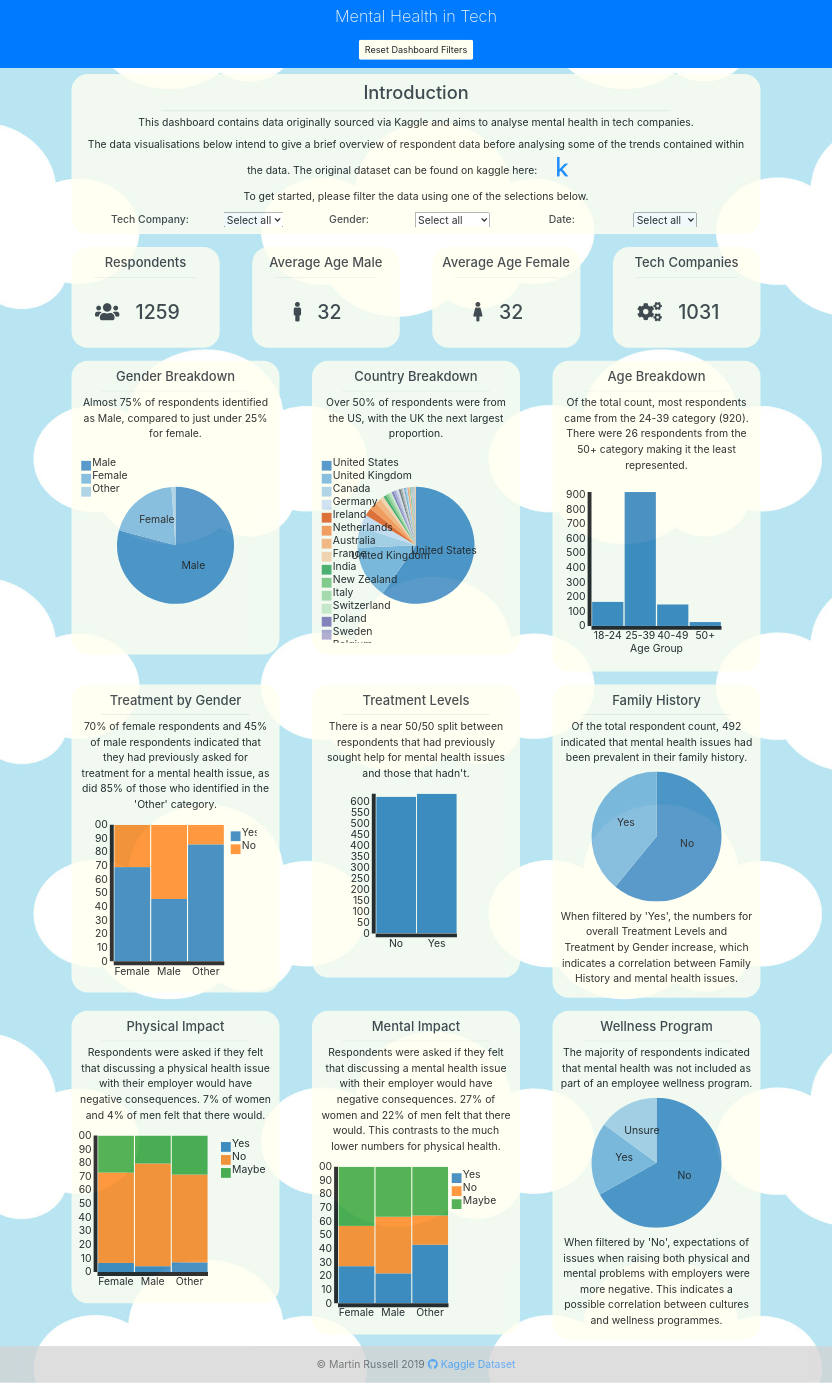
Repository: martingr1/mhdashboard
Page: index.html
The author's editor kept a record of every edit. The page is drawn from the files as they stood at one moment, then again after the next edit.
The browser window is 1280 px wide. The pictures show the whole page, at 65% of full size.
Some web libraries are served in a nearby version.

Above is the page before.
Not found: mhdashboard/static/css/dc.min.css
Not found: mhdashboard/static/js/scripts.js

### index.html
<html>

<head>

    <meta charset="UTF-8">
    <meta name="viewport" content="width=device-width, initial-scale=1.0">
    <meta http-equiv="X-UA-Compatible" content="ie=edge">
    <title>Mental Health in Tech</title>

    <link rel="stylesheet" href="https://stackpath.bootstrapcdn.com/bootstrap/4.3.1/css/bootstrap.min.css" integrity="sha384-ggOyR0iXCbMQv3Xipma34MD+dH/1fQ784/j6cY/iJTQUOhcWr7x9JvoRxT2MZw1T" crossorigin="anonymous">
    <link rel="stylesheet" href="mhdashboard/static/css/dc.min.css" type="text/css" />
    <link href="https://cdnjs.cloudflare.com/ajax/libs/font-awesome/5.9.0/css/all.css" rel="stylesheet">
    <link rel="stylesheet" href="/mhdashboard/static/css/style.css" type="text/css" />


    <script type="text/javascript" src="/mhdashboard/static/js/d3.min.js"></script>
    <script type="text/javascript" src="/mhdashboard/static/js/crossfilter.min.js"></script>
    <script type="text/javascript" src="/mhdashboard/static/js/dc.min.js"></script>
    <script type="text/javascript" src="/mhdashboard/static/js/queue.min.js"></script>
    <script type="text/javascript" src="/mhdashboard/static/js/graph.js"></script>

</head>

<body>
    <nav class="navbar-nav sticky-top navbar-dark bg-primary">
        <div class="container">
            <div class="col-xs-6 text-center">
                <h6 class="title">Mental Health in Tech</h6>
            </div>
            <div class="col-xs-6 text-center">
                <button id="reset_button" class="btn btn-sm btn-default">Reset Dashboard Filters</button>
            </div>
        </div>
        </div>
    </nav>

    <div class="container">
        <section class="container">
            <div class="col-xs-12">
                <div class="content-box">
                    <h3 class="header">Introduction</h3>

                    <hr class="line">
                    <p class="chart-text">This dashboard contains data originally sourced via Kaggle and aims to analyse mental health in tech companies.<br></p>
                    <p class="chart-text">The data visualisations below intend to give a brief overview of respondent data before analysing some of the trends contained within the data. The original dataset can be found on kaggle here: <a class="top-link" href="https://www.kaggle.com/osmi/mental-health-in-tech-survey"><i class="fab fa-kaggle"></i></a><br></p>
                    <p class="chart-text">To get started, please filter the data using one of the selections below.</p>
                    <div class="container">
                        <div class="row">
                            <div class="row col-xs-12 col-lg-4">
                                <h6 class="header">Tech Company:</h6>
                                <span class="filter" id="select_company"></span>
                            </div>
                            <div class="row col-xs-12 col-lg-4">
                                <h6 class="header">Gender:</h6>
                                <span class="filter" id="select_gender"></span>
                            </div>
                            <div class="row col-xs-12 col-lg-4">
                                <h6 class="header">Date:</h6>
                                <span class="filter" id="select_date"></span>
                            </div>
                        </div>
                    </div>
                </div>
            </div>
        </section>

        <section class="container">
            <div class="row">
                <div class="col-xs-12 col-md-6 col-lg-3">
                    <div class="content-box">
                        <h5 class="header">Respondents</h5>
                        <hr class="line">
                        <div class="row number-display">
                            <div id="respondents_display"><i class="fas fa-users"></i></div>
                        </div>
                    </div>
                </div>
                <div class="col-xs-12 col-md-6 col-lg-3">
                    <div class="content-box">
                        <h5 class="header">Average Age Male</h5>
                        <hr class="line">
                        <div class="row number-display">
                            <div id="average_age_male"><i class="fas fa-male"></i></div>
                        </div>
                    </div>
                </div>
                <div class="col-xs-12 col-md-6 col-lg-3">
                    <div class="content-box">
                        <h5 class="header">Average Age Female</h5>
                        <hr class="line">
                        <div class="row number-display">
                            <div id="average_age_gender"><i class="fas fa-female"></i></div>
                        </div>
                    </div>
                </div>

                <div class="col-xs-12 col-md-6 col-lg-3">
                    <div class="content-box">
                        <h5 class="header">Tech Companies</h5>
                        <hr class="line">
                        <div class="row number-display">
                            <div id="tech_display"><i class="fas fa-cogs"></i></div>
                        </div>
                    </div>
                </div>
            </div>
        </section>

        <section class="container">
            <div class="row">
                <div class="col-xs-12 col-sm-12 col-md-6 col-lg-4">
                    <div class="content-box">
                        <h5 class="header">Gender Breakdown</h5>
                        <hr class="line">
                        <p class="chart-text">Almost 75% of respondents identified as Male, compared to just under 25% for female.</p>
                        <div class="row chart">
                            <div id="gender_breakdown"></div>
                        </div>
                    </div>
                </div>

                <div class="col-xs-12 col-sm-12 col-md-6 col-lg-4">
                    <div class="content-box">
                        <h5 class="header">Country Breakdown</h5>
                        <hr class="line">
                        <p class="chart-text">Over 50% of respondents were from the US, with the UK the next largest proportion.</p>
                        <div class="row chart">
                            <div id="country_breakdown"></div>
                        </div>
                    </div>
                </div>

                <div class="col-xs-12 col-sm-12 col-md-12 col-lg-4">
                    <div class="content-box">
                        <h5 class="header">Age Breakdown</h5>
                        <hr class="line">
                        <p class="chart-text">Of the total count, most respondents came from the 24-39 category (920).<br> There were 26 respondents from the 50+ category making it the least represented.</p>
                        <div class="row chart">
                            <div id="age_breakdown"></div>
                        </div>
                    </div>
                </div>
            </div>
        </section>


        <section class="container">
            <div class="row">
                <div class="col-xs-12 col-sm-12 col-md-6 col-lg-4">
                    <div class="content-box">

                        <h5 class="header">Treatment by Gender</h5>

                        <hr class="line">
                        <p class="chart-text">70% of female respondents and 45% of male respondents indicated that they had previously asked for treatment for a mental health issue, as did 85% of those who identified in the 'Other' category. </p>
                        <div class="row chart">
                            <div id="treatment_by_gender"></div>
                        </div>
                    </div>
                </div>
                <div class="col-xs-12 col-sm-12 col-md-6 col-lg-4">
                    <div class="content-box">

                        <h5 class="header">Treatment Levels</h5>

                        <hr class="line">
                        <p class="chart-text">There is a near 50/50 split between respondents that had previously sought help for mental health issues and those that hadn't.</p>
                        <div class="row chart">
                            <div id="treatment_chart"></div>
                        </div>
                    </div>
                </div>
                <div class="col-xs-12 col-sm-12 col-md-12 col-lg-4">
                    <div class="content-box">
                        <h5 class="header">Family History</h5>
                        <hr class="line">
                        <p class="chart-text">Of the total respondent count, 492 indicated that mental health issues had been prevalent in their family history.</p>
                        <div class="row chart">
                            <div id="family_history"></div>
                        </div>
                        <p class="chart-text">When filtered by 'Yes', the numbers for overall Treatment Levels and Treatment by Gender increase, which indicates a correlation between Family History and mental health issues.</p>
                    </div>
                </div>
            </div>
        </section>

        <section class="container">
            <div class="row">
                <div class="col-xs-12 col-sm-12 col-md-6 col-lg-4">
                    <div class="content-box">
                        <h5 class="header">Physical Impact</h5>
                        <hr class="line">
                        <p class="chart-text">Respondents were asked if they felt that discussing a physical health issue with their employer would have negative consequences. 7% of women and 4% of men felt that there would.</p>
                        <div class="row chart">
                            <div id="physical_impact"></div>
                        </div>
                    </div>
                </div>

                <div class="col-xs-12 col-sm-12 col-md-6 col-lg-4">
                    <div class="content-box">

                        <h5 class="header">Mental Impact</h5>
                        <hr class="line">
                        <p class="chart-text">Respondents were asked if they felt that discussing a mental health issue with their employer would have negative consequences. 27% of women and 22% of men felt that there would. This contrasts to the much lower numbers for physical
                            health.
                        </p>
                        <div class="row chart">
                            <div id="mental_impact"></div>
                        </div>
                    </div>
                </div>

                <div class="col-xs-12 col-sm-12 col-md-12 col-lg-4">
                    <div class="content-box">
                        <h5 class="header">Wellness Program</h5>
                        <hr class="line">
                        <div>
                            <p class="chart-text">The majority of respondents indicated that mental health was not included as part of an employee wellness program.</p>
                        </div>
                        <div class="row chart">
                            <div id="wellness_chart"></div>
                        </div>
                        <p class="chart-text">When filtered by 'No', expectations of issues when raising both physical and mental problems with employers were more negative. This indicates a possible correlation between cultures and wellness programmes.</p>
                    </div>
                </div>
            </div>
        </section>
    </div>
    <script src="https://code.jquery.com/jquery-3.2.1.min.js" integrity="sha256-hwg4gsxgFZhOsEEamdOYGBf13FyQuiTwlAQgxVSNgt4=" crossorigin="anonymous"></script>
    <script type="text/javascript" src="mhdashboard/static/js/scripts.js"></script>

    <footer class="page-footer container-fluid">
        <div class="container-fluid">
            <div class="page-footer text-center py-3">© Martin Russell 2019
                <a href="https://github.com/martingr1/" target="_blank"><i class= "fab fa-github"></i></a>
                <a href="https://www.kaggle.com/osmi/mental-health-in-tech-survey" target="_blank"> Kaggle Dataset</a>
            </div>
    </footer>
    </div>
</body>

</html>

### static/css/style.css
body {
	background-image: url("../images/clouds_background.png");
}

.btn {
	background-color: #FFFFF0;
	margin: 12.5px;
}

.title {
	color: #FFFFF0;
	font-size: 25px;
	font-weight: 200;
	margin-top: 10px;
}

.filter {
	padding-top: 2.5px;
}

.header {
	margin: auto;
	text-align: center;
	padding: 5px;
}

.chart-text {
	font-size: medium;
	color: black;
	margin: 5px 5px 10px 5px;
}

.line {
	margin: 5px auto 5px;
	color: #ffffff;
	width: 75%;
}

.content-box {
	box-sizing: border-box;
	border-radius: 25px;
	background-color: #FFFFF0;
	opacity: 0.8;
	text-align: center;
	margin: 10px;
	padding: 7.5px;
}

.top-link {

	font-size: 30px;
	padding: 25px;

}

.number-display {
	justify-content: center;
	font-size: 30px;
	font-weight: 500;
	padding: 25px;

}

.page-footer {
	background-color: #D3D3D3;
	width: 100%;
	opacity: 0.75;
}

.chart {
	margin: 10px;
	justify-content: center;
}

Loaded but not shown: static/js/d3.min.js (library); static/js/crossfilter.min.js (library); static/js/dc.min.js (library); static/js/queue.min.js (common file); static/css/dc.min.css (library); static/js/graph.js (409 lines, source omitted)

After the next edit:
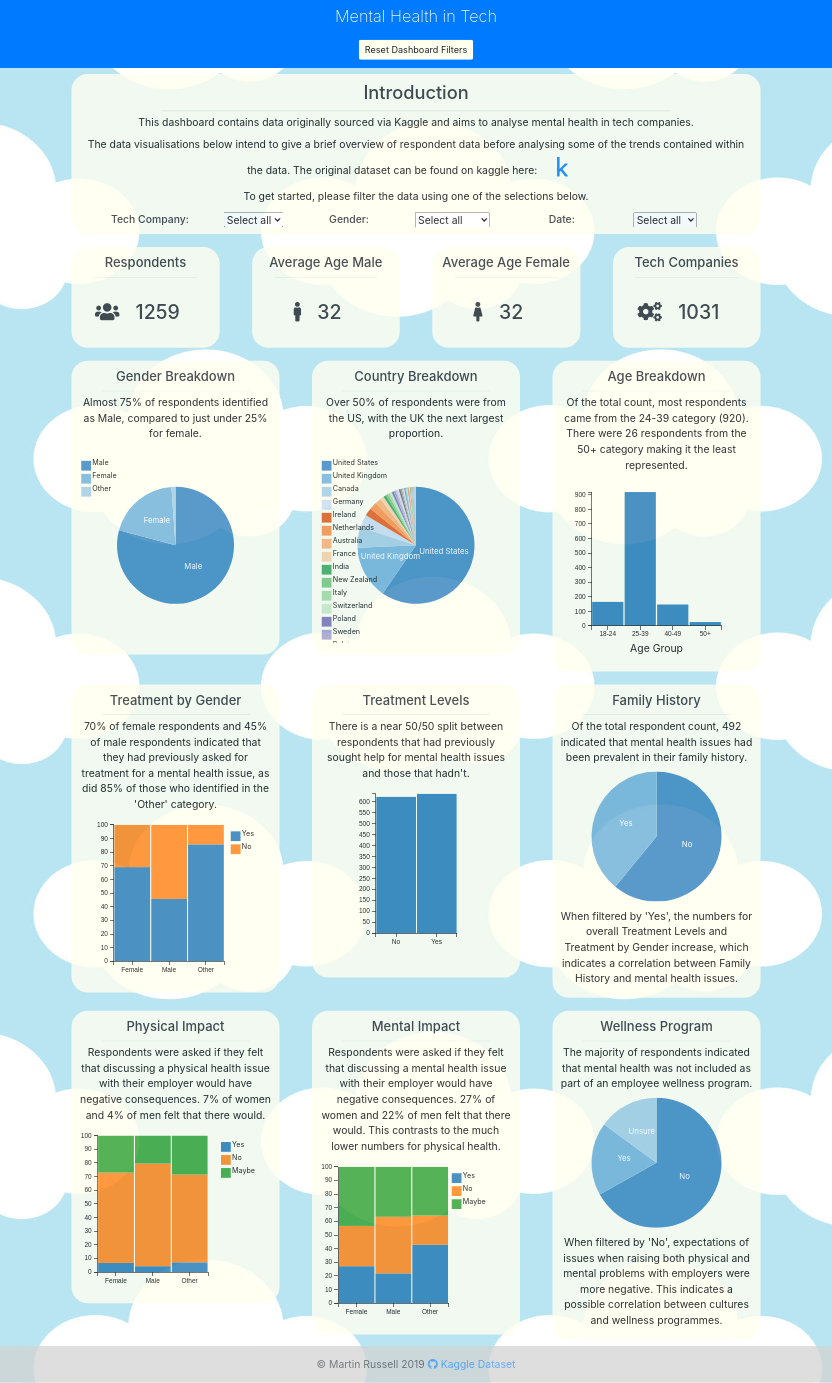
The edit:
--- a/index.html
+++ b/index.html
@@ -8,7 +8,7 @@
     <title>Mental Health in Tech</title>
 
     <link rel="stylesheet" href="https://stackpath.bootstrapcdn.com/bootstrap/4.3.1/css/bootstrap.min.css" integrity="sha384-ggOyR0iXCbMQv3Xipma34MD+dH/1fQ784/j6cY/iJTQUOhcWr7x9JvoRxT2MZw1T" crossorigin="anonymous">
-    <link rel="stylesheet" href="mhdashboard/static/css/dc.min.css" type="text/css" />
+    <link rel="stylesheet" href="/mhdashboard/static/css/dc.min.css" type="text/css" />
     <link href="https://cdnjs.cloudflare.com/ajax/libs/font-awesome/5.9.0/css/all.css" rel="stylesheet">
     <link rel="stylesheet" href="/mhdashboard/static/css/style.css" type="text/css" />
 
